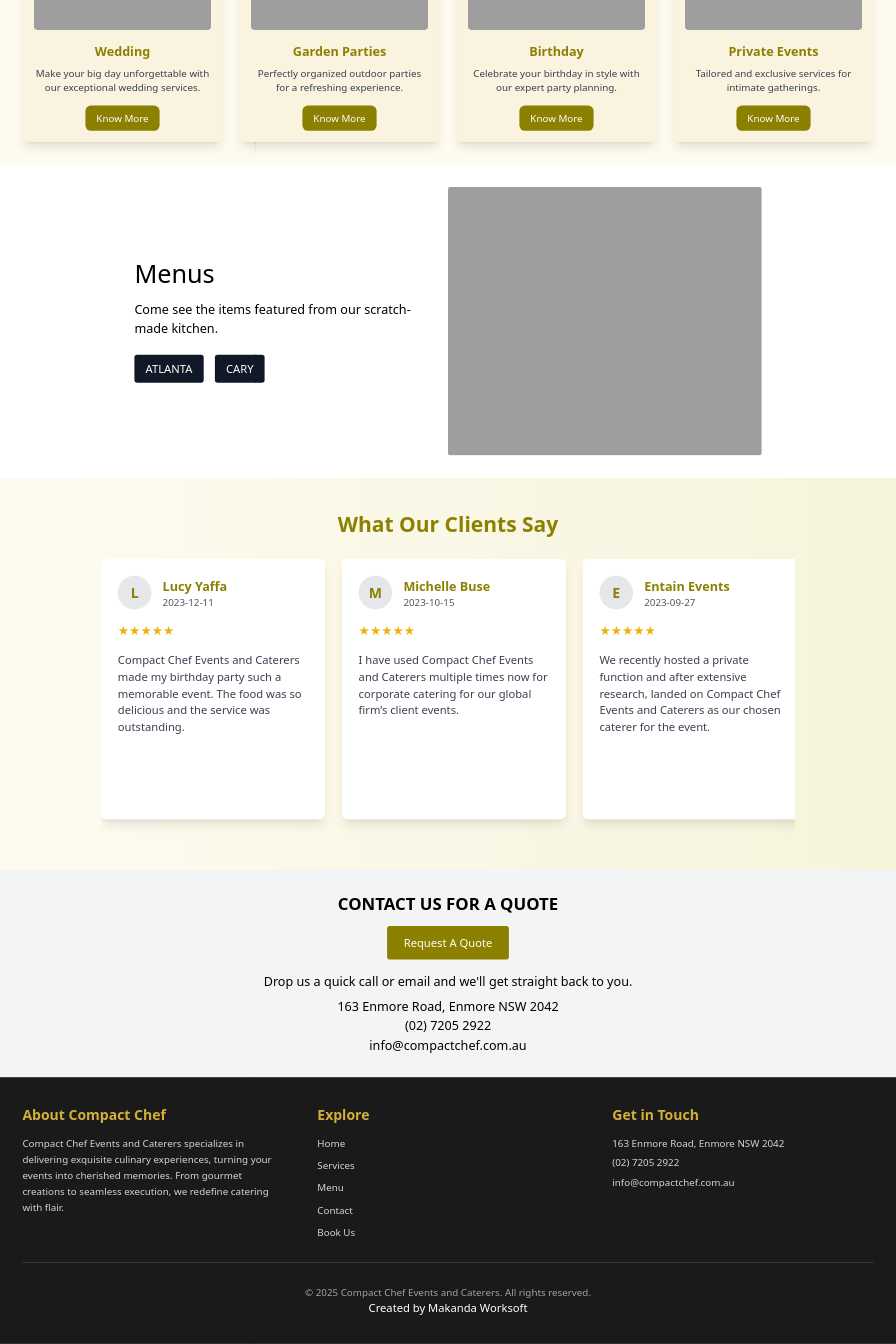
Repository: makanda596/compactchef
Page: /
These files come from the project's save history. The page is drawn as it stood at one moment and after the next save; the edit follows.
The browser window is 1280 px wide. The pictures show the part of the page from y = 2057 to 3977 px (the page is 3977 px tall), at 70% of full size.
Pictures or frames that could not be fetched are drawn as grey boxes. The project was rebuilt for these pictures with package versions that can differ from the ones it lists, and the page was loaded fresh each time. Also part of the build but not shown: src/pages/Services.jsx, src/pages/Menu.jsx, src/pages/Contact.jsx, src/pages/Book.jsx.

Above is the page before, as saved 2025-01-08 15:30:50.

### public/index.html
<!DOCTYPE html>
<html lang="en">
  <head>
    <meta charset="utf-8" />
    <link rel="icon" href="./logo.jpg" />
    <meta name="viewport" content="width=device-width, initial-scale=1" />

    <link rel="apple-touch-icon" href="./logo.jpg" />


    <title>CompactChef Events</title>
  </head>
  <body>
    <div id="root"></div>
  </body>
</html>

### src/pages/Home.jsx
import React from 'react'
import Hero from '../components/Hero.jsx'
import Client from '../components/Client.jsx'
import About from '../components/About.jsx'
import Reviews from '../components/Reviews.jsx'
import Footer from '../components/Footer.jsx'
import Navbar from '../components/Navbar.jsx'
function Home() {
    return (
        <div>
            <Navbar />
            <Hero />
            <Client />
            <About />
            <Footer />
        </div>
    )
}

export default Home

### src/components/Navbar.jsx
import React, { useState } from "react";
import logo from '../assets/logo.jpg'
const Navbar = () => {
    const [isOpen, setIsOpen] = useState(false);

    return (
        <nav className="bg-gold shadow-lg fixed top-0 z-50 w-full">
            <div className="container mx-auto px-4 flex justify-between items-center h-16">

                <div className="text-white font-bold text-2xl flex space-x-4">
                    <img src={logo} alt="" className="w-10 rounded-lg object-cover" />
                    <p>Compact Chefs</p></div>

                <div className="lg:hidden">
                    <button
                        onClick={() => setIsOpen(!isOpen)}
                        className="text-white focus:outline-none"
                    >
                        <svg
                            className="w-6 h-6"
                            xmlns="http://www.w3.org/2000/svg"
                            fill="none"
                            viewBox="0 0 24 24"
                            stroke="currentColor"
                        >
                            {isOpen ? (
                                <path
                                    strokeLinecap="round"
                                    strokeLinejoin="round"
                                    strokeWidth="2"
                                    d="M6 18L18 6M6 6l12 12"
                                />
                            ) : (
                                <path
                                    strokeLinecap="round"
                                    strokeLinejoin="round"
                                    strokeWidth="2"
                                    d="M4 6h16M4 12h16M4 18h16"
                                />
                            )}
                        </svg>
                    </button>
                </div>

                {/* Links for Desktop */}
                <div className="hidden lg:flex space-x-6">
                    <a href="/" className="text-white hover:underline">
                        Home
                    </a>
                    <a href="services" className="text-white hover:underline">
                        Services
                    </a>
                    <a href="menu" className="text-white hover:underline">
                        Menu
                    </a>
                    <a href="contact" className="text-white hover:underline">
                        Contact
                    </a>
                    <a href="book" className="text-white hover:underline">
                        Book Us
                    </a>
                </div>
            </div>

            {/* Mobile Menu */}
            {isOpen && (
                <div className="lg:hidden bg-orange-400">
                    <a
                        href="/"
                        className="block py-2 px-4 text-white hover:bg-orange-300"
                    >
                        Home
                    </a>
                    <a
                        href="services"
                        className="block py-2 px-4 text-white hover:bg-orange-300"
                    >
                        Services
                    </a>
                    <a
                        href="menu"
                        className="block py-2 px-4 text-white hover:bg-orange-300"
                    >
                        Menu
                    </a>
                    <a
                        href="contact"
                        className="block py-2 px-4 text-white hover:bg-orange-300"
                    >
                        Contact
                    </a>
                    <a
                        href="book"
                        className="block py-2 px-4 text-white hover:bg-orange-300"
                    >
                        Book Us
                    </a>
                </div>
            )}
        </nav>
    );
};

export default Navbar;

### src/components/Hero.jsx
import React from 'react';
import event from '../assets/event.jpg'
import { motion } from "framer-motion";
function Hero() {

    const herofiles = [
        {
            id: 1,
        },
        {
            id: 1,
            img: "https://res.cloudinary.com/db5pgr14l/image/upload/v1736261948/compactChef/jexwbm6cu6letodrhwga.jpg"
        },
        {
            id: 1,
            img: "https://res.cloudinary.com/db5pgr14l/image/upload/v1736261950/compactChef/pmne88kacyveovx5736t.jpg"
        },
        {
            id: 1,
        }
        ,
        {
            id: 1,
            img: event
        },
        {
            id: 1,
        },
        {
            id: 1,
        },


    ]

    return (

        <div className="grid md:grid-cols-2 gap-4 my-2 px-2 pt-20">
            <div className="relative flex flex-col h-screen">
                <img src="https://res.cloudinary.com/db5pgr14l/image/upload/v1736261950/compactChef/qpq1t8gpht4m4uktjvhd.jpg" alt="Hero" className="object-cover w-full h-full" />
                <div className="absolute top-0 left-0 w-full h-full bg-yellow-500 bg-opacity-20 flex flex-col justify-center items-center text-white p-8">
                    <h1 className="text-4xl font-bold text-center text-white">COMPACT CHEFS EVENTS AND CATERERS</h1>
                    <p className="mt-4 text-3xl text-center">Where your food speaks for your taste</p>
                    <button className="mt-6 bg-orange-500 px-6 py-2 rounded text-white-500 hover:bg-gray-700">BOOK WITH US</button>
                </div>
            </div>

            <div className="gap-4 p-12">
                <div className="grid grid-cols-4 gap-4 mb-4">
                    {herofiles.slice(0, 4).map((item, index) => (
                        <motion.img
                            src={item.img}
                            alt=""
                            key={index}
                            className="h-64 w-full rounded-lg object-cover"
                            initial={{ opacity: 0 }}  // Starts with 0 opacity
                            animate={{ opacity: 1 }}   // Fades in to 1 opacity
                            transition={{ duration: 0.8, delay: index * 0.2 }}  // Staggered fade-in
                        />
                    ))}
                </div>

                <div className="grid grid-cols-3 gap-4 mb-4">
                    {herofiles.slice(4, 7).map((item, index) => (
                        <motion.img
                            src={item.img}
                            alt=""
                            key={index}
                            className="h-64 w-full rounded-lg object-cover"
                            initial={{ opacity: 0 }}  // Starts with 0 opacity
                            animate={{ opacity: 1 }}   // Fades in to 1 opacity
                            transition={{ duration: 0.8, delay: index * 0.2 }}  // Staggered fade-in
                        />
                    ))}
                </div>
            </div>
            );

        </div>
    )
}
export default Hero;

### src/components/Client.jsx
import React from 'react'

import hero from '../assets/hero.jpg';
import event from '../assets/event.jpg'
import cake from '../assets/cake.jpg'
function Client() {
    const clients = [
        {
            id: 1,
            img: hero,
            name: 'organization'
        },
        {
            id: 1,
            img: cake,
            name: 'organization'

        },
        {
            id: 1,
            img: event,
            name: 'organization'

        },
        {
            id: 1,
            img: hero,
            name: 'organization'

        }
        ,
        {
            id: 1,
            img: event,
            name: 'organization'

        },
        {
            id: 1,
            img: hero,


        },
        {
            id: 1,
            img: hero
        },


    ]
    return (
        <div className="px-4 py-0">
            <div className="overflow-hidden">
                <div className="flex animate-slide  ">
                    {clients.map((client, index) => (
                        <div key={index} className=" flex-row  justify-items-center mx-2 ">
                            <img
                                src={client.img}
                                alt={client.name}
                                className="h-20 w-20 rounded-full object-cover"
                            />
                            <p className="ml-4 text-lg ">{client.name}</p>
                        </div>
                    ))}
                </div>
            </div>
        </div>

    )
}

export default Client

### src/components/Reviews.jsx
import React from 'react';

const reviews = [
    {
        name: "Lucy Yaffa",
        date: "2023-12-11",
        rating: "★★★★★",
        review: "Compact Chef Events and Caterers made my birthday party such a memorable event. The food was so delicious and the service was outstanding."
    },
    {
        name: "Michelle Buse",
        date: "2023-10-15",
        rating: "★★★★★",
        review: "I have used Compact Chef Events and Caterers multiple times now for corporate catering for our global firm’s client events. "
    },
    {
        name: "Entain Events",
        date: "2023-09-27",
        rating: "★★★★★",
        review: "We recently hosted a private function and after extensive research, landed on Compact Chef Events and Caterers as our chosen caterer for the event."
    },
    {
        name: "John Doe",
        date: "2023-08-21",
        rating: "★★★★★",
        review: "Fantastic experience with Compact Chef Events and Caterers! They provided an excellent selection of dishes for our wedding. "
    },
    {
        name: "Sarah Bell",
        date: "2023-07-14",
        rating: "★★★★★",
        review: "Compact Chef Events and Caterers’ catering service for our company retreat was top-notch! Everything from the food to the service was perfect. Florencia was a pleasure to work with, and she helped customize the menu to fit our needs.",
    },
    {
        name: "Chris Brown",
        date: "2023-05-30",
        rating: "★★★★★",
        review: "The team at Compact Chef Events and Caterers catered our charity event and exceeded all expectations. The food was divine and the service was impeccable. We truly appreciate their professionalism and would not hesitate to hire them for future events.",
    }
];

const Review = () => {
    return (
        <div className="bg-gradient-to-r from-[#fffaf0] to-[#f5f5dc] py-12">
            <div className="max-w-5xl mx-auto px-4">
                <h2 className="text-3xl font-bold text-center text-[#8b8000] mb-8">What Our Clients Say</h2>

                {/* Horizontal scrollable container */}
                <div className="flex space-x-6 overflow-x-auto pb-6">
                    {reviews.map((review, index) => (
                        <div
                            key={index}
                            className="bg-white p-6 rounded-lg shadow-lg hover:shadow-2xl transition-shadow duration-300 transform hover:scale-105 flex-shrink-0 w-80"
                        >
                            <div className="flex items-center space-x-4 mb-4">
                                <div className="w-12 h-12 bg-gray-200 rounded-full flex items-center justify-center text-xl font-bold text-[#8b8000]">
                                    {review.name[0]}
                                </div>
                                <div>
                                    <h3 className="text-lg font-semibold text-[#8b8000]">{review.name}</h3>
                                    <p className="text-sm text-gray-600">{review.date}</p>
                                </div>
                            </div>
                            <div className="flex items-center space-x-2 mb-4">
                                <p className="text-yellow-500 text-lg">{review.rating}</p>
                            </div>
                            <p className="mt-4 text-gray-700">{review.review}</p>
                        </div>
                    ))}
                </div>
            </div>
        </div>
    );
};

export default Review;

### src/components/Footer.jsx
import React from 'react';

const Footer = () => {
    return (
        <footer className="bg-[#1a1a1a] text-white py-10">
            <div className="max-w-7xl mx-auto px-6 sm:px-8">
                {/* Top Section */}
                <div className="grid grid-cols-1 md:grid-cols-3 gap-12">
                    {/* About Section */}
                    <div>
                        <h3 className="text-xl font-bold text-[#d4af37] mb-4">About Compact Chef</h3>
                        <p className="text-sm text-gray-300 leading-relaxed">
                            Compact Chef Events and Caterers specializes in delivering exquisite culinary experiences, turning your events into cherished memories. From gourmet creations to seamless execution, we redefine catering with flair.
                        </p>
                    </div>

                    {/* Navigation Links */}
                    <div>
                        <h3 className="text-xl font-bold text-[#d4af37] mb-4">Explore</h3>
                        <ul className="text-sm text-gray-300 space-y-3">
                            <li>
                                <a href="#home" className="hover:text-[#d4af37] transition-colors">Home</a>
                            </li>
                            <li>
                                <a href="#services" className="hover:text-[#d4af37] transition-colors">Services</a>
                            </li>
                            <li>
                                <a href="#menu" className="hover:text-[#d4af37] transition-colors">Menu</a>
                            </li>
                            <li>
                                <a href="#contact" className="hover:text-[#d4af37] transition-colors">Contact</a>
                            </li>
                            <li>
                                <a href="#book" className="hover:text-[#d4af37] transition-colors">Book Us</a>
                            </li>
                        </ul>
                    </div>

                    {/* Contact Section */}
                    <div>
                        <h3 className="text-xl font-bold text-[#d4af37] mb-4">Get in Touch</h3>
                        <ul className="text-sm text-gray-300 space-y-2">
                            <li>163 Enmore Road, Enmore NSW 2042</li>
                            <li>(02) 7205 2922</li>
                            <li>info@compactchef.com.au</li>
                        </ul>
                        <div className="flex space-x-4 mt-4">
                            <a href="#" aria-label="Facebook" className="text-[#d4af37] hover:opacity-80">
                                <i className="fab fa-facebook-f"></i>
                            </a>
                            <a href="#" aria-label="Instagram" className="text-[#d4af37] hover:opacity-80">
                                <i className="fab fa-instagram"></i>
                            </a>
                            <a href="#" aria-label="Twitter" className="text-[#d4af37] hover:opacity-80">
                                <i className="fab fa-twitter"></i>
                            </a>
                        </div>
                    </div>
                </div>

                {/* Divider */}
                <div className="border-t border-gray-700 my-8"></div>

                <div className="text-center">
                    <p className="text-sm text-gray-400">
                        &copy; {new Date().getFullYear()} Compact Chef Events and Caterers. All rights reserved.
                    </p>
                    Created by <a href="https://wa.me/+254742149060" target="_blank" rel="noopener noreferrer"> Makanda Worksoft</a>
                </div>
            </div>
        </footer>
    );
};

export default Footer;

Loaded but not shown: src/index.js (common file); src/index.css (common file); src/reportWebVitals.js (common file); src/App.js (28 lines, source omitted); tailwind.config.js (25 lines, source omitted); src/components/About.jsx (206 lines, source omitted)

After the next save:
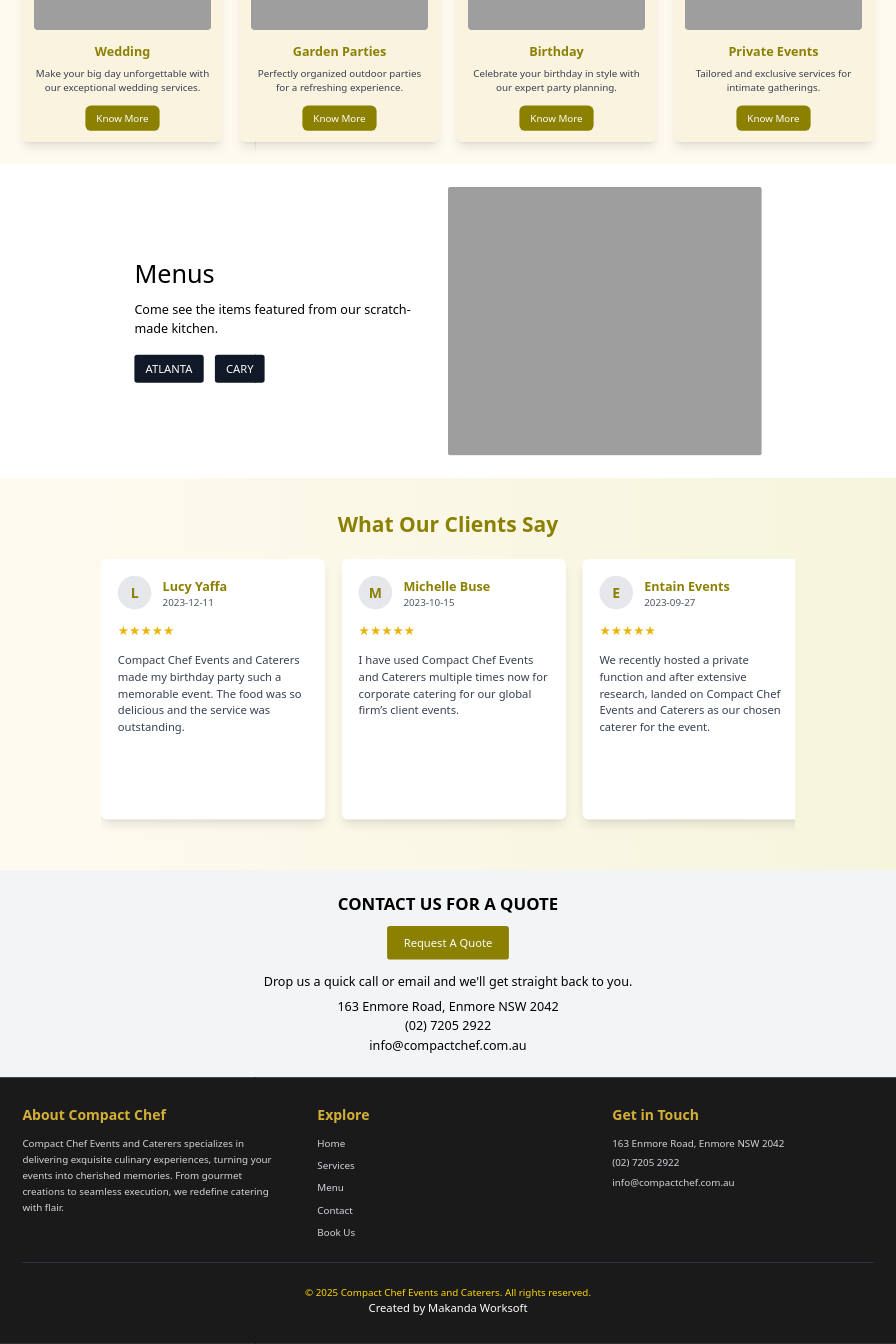
Saved 32 s later.
--- a/src/components/Footer.jsx
+++ b/src/components/Footer.jsx
@@ -62,7 +62,7 @@ const Footer = () => {
                 <div className="border-t border-gray-700 my-8"></div>
 
                 <div className="text-center">
-                    <p className="text-sm text-gray-400">
+                    <p className="text-sm text-gold">
                         &copy; {new Date().getFullYear()} Compact Chef Events and Caterers. All rights reserved.
                     </p>
                     Created by <a href="https://wa.me/+254742149060" target="_blank" rel="noopener noreferrer"> Makanda Worksoft</a>
